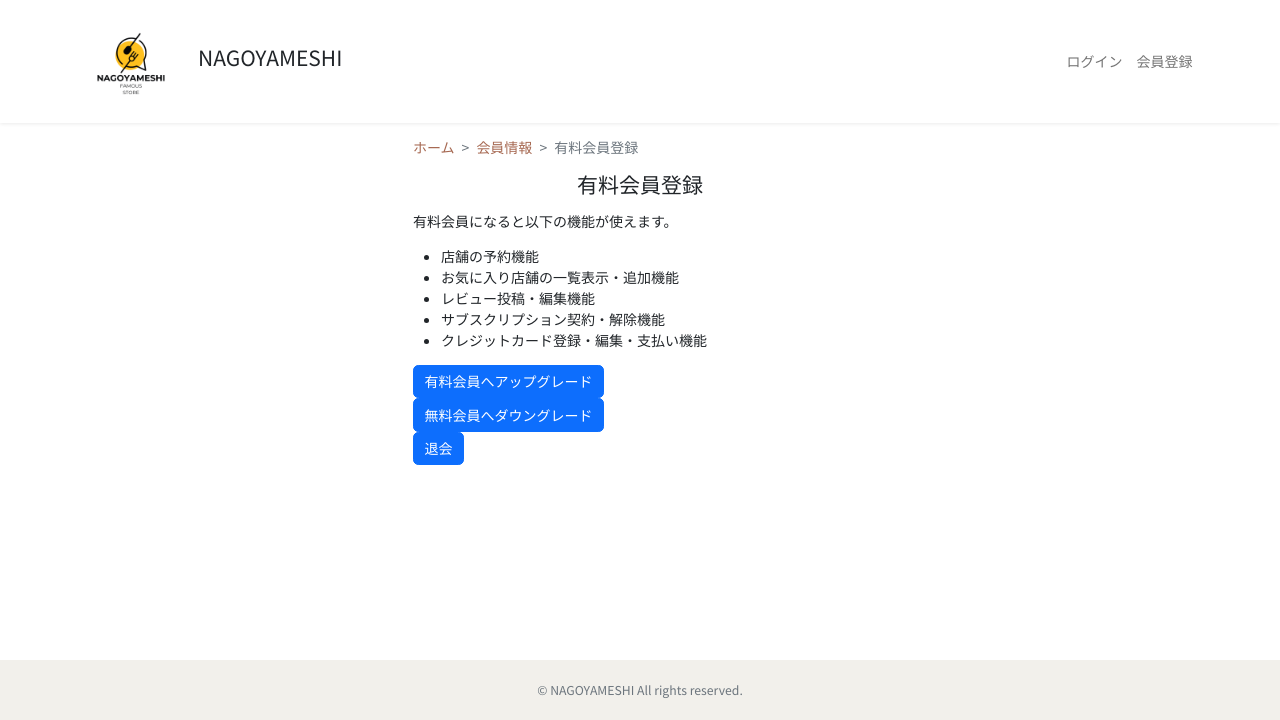
Repository: yamagen0829/taberogu-question
Page: http://localhost/user/paid
These files come from the project's save history. The page is drawn as it stood at one moment and after the next save; the edit follows.
The browser window is 1280 px wide. The pictures show the whole page.
The page is this project's Thymeleaf template; nobody is signed in. The template is opened directly, without the code that normally fills it, so the values that code supplies are empty.

Above is the page before, as saved 2024-07-27 12:13:46.

After the next save:
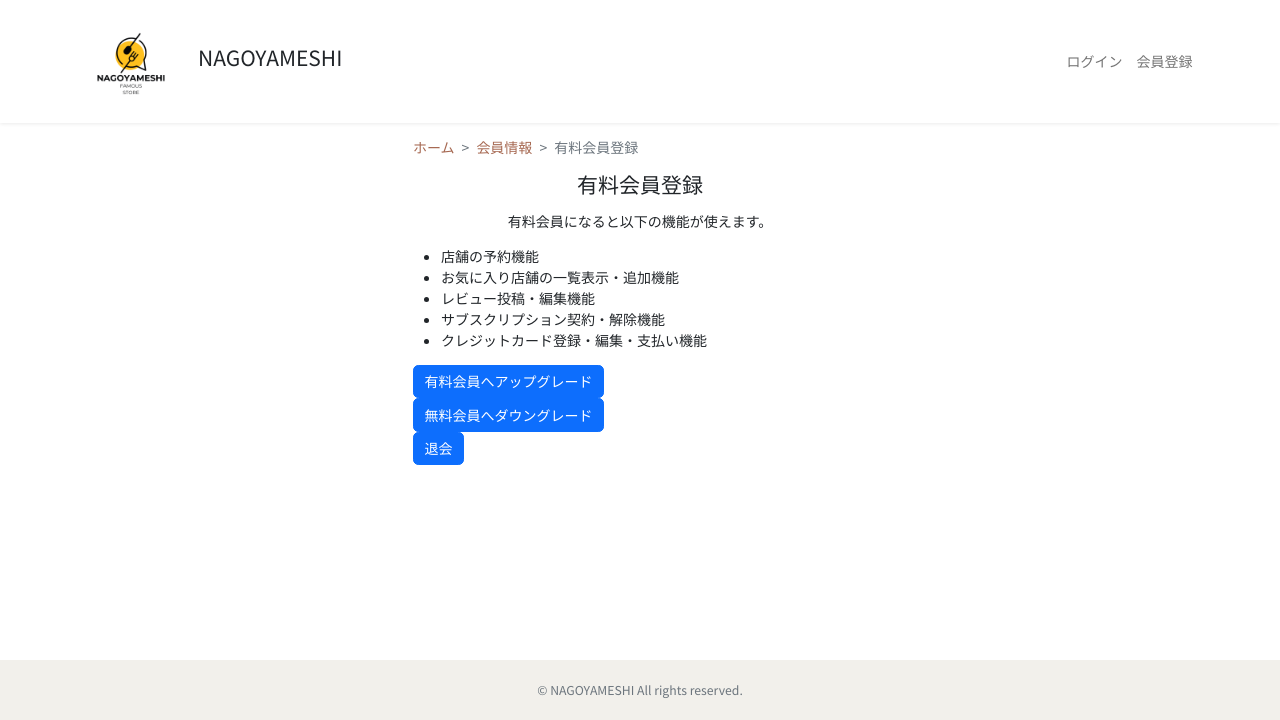
Saved 9 min 30 s later.
--- a/kadai_002/nagoyameshi/src/main/resources/templates/user/paid.html
+++ b/kadai_002/nagoyameshi/src/main/resources/templates/user/paid.html
@@ -33,7 +33,7 @@
                                 <span th:text="${errorMessage}"></span>
                             </div>
 
-                             <p> 有料会員になると以下の機能が使えます。</p>
+                             <p class="text-center"> 有料会員になると以下の機能が使えます。</p>
                              <ul>
 								 <li>店舗の予約機能</li>
 								 <li>お気に入り店舗の一覧表示・追加機能</li>
